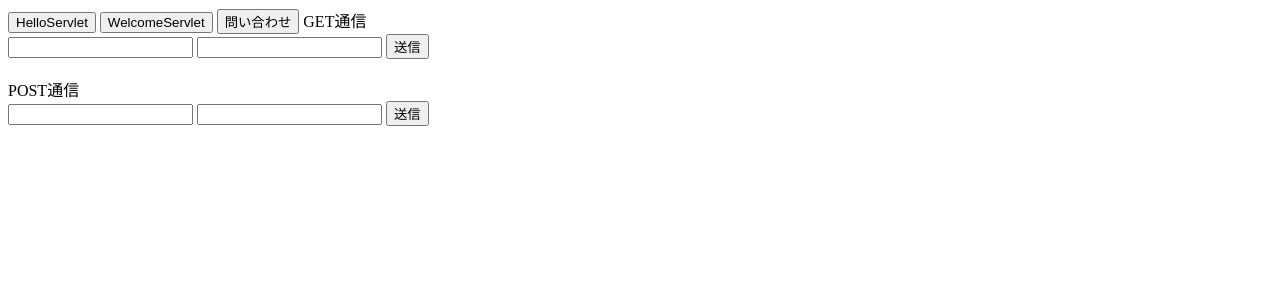
Repository: xnjsuxzc1825/test
Page: http://localhost/HelloServlet/
These files come from the project's save history. The page is drawn as it stood at one moment and after the next save; the edit follows.
The browser window is 1280 px wide. The pictures show the whole page.
The page is served by Tomcat 9.

Above is the page before, as saved 2019-07-26 10:24:27.

After the next save:
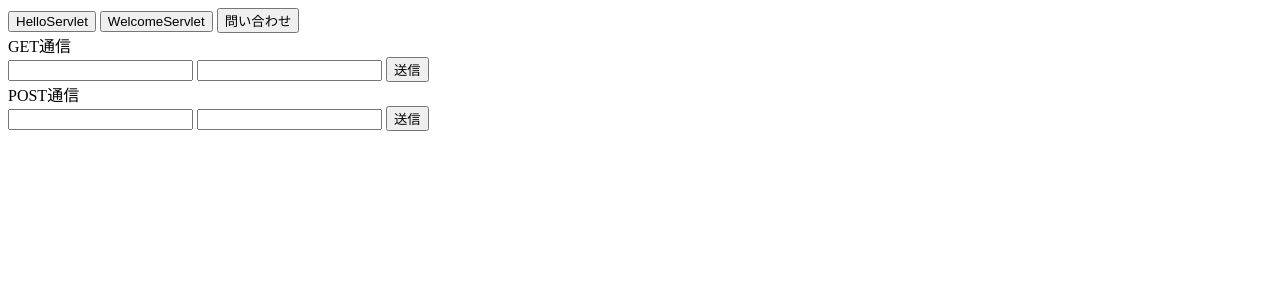
Saved 29 s later.
--- a/HelloServlet/WebContent/index.jsp
+++ b/HelloServlet/WebContent/index.jsp
@@ -9,14 +9,13 @@
 <body>
 <input type="button" value="HelloServlet" onClick="location.href='HelloServlet'">
 <input type="button" value="WelcomeServlet" onClick="location.href='welcome.jsp'">
-<input type="button" value="問い合わせ" onClick="location.href='inquiry.jsp'">
+<input type="button" value="問い合わせ" onClick="location.href='inquiry.jsp'"><br>
 GET通信
 <form method="get" action="TestServlet">
 <input type="text" name="username">
 <input type="password" name="password">
 <input type="submit" value="送信">
 </form>
-<br>
 POST通信
 <form method="post" action="TestServlet">
 <input type="text" name="username">
